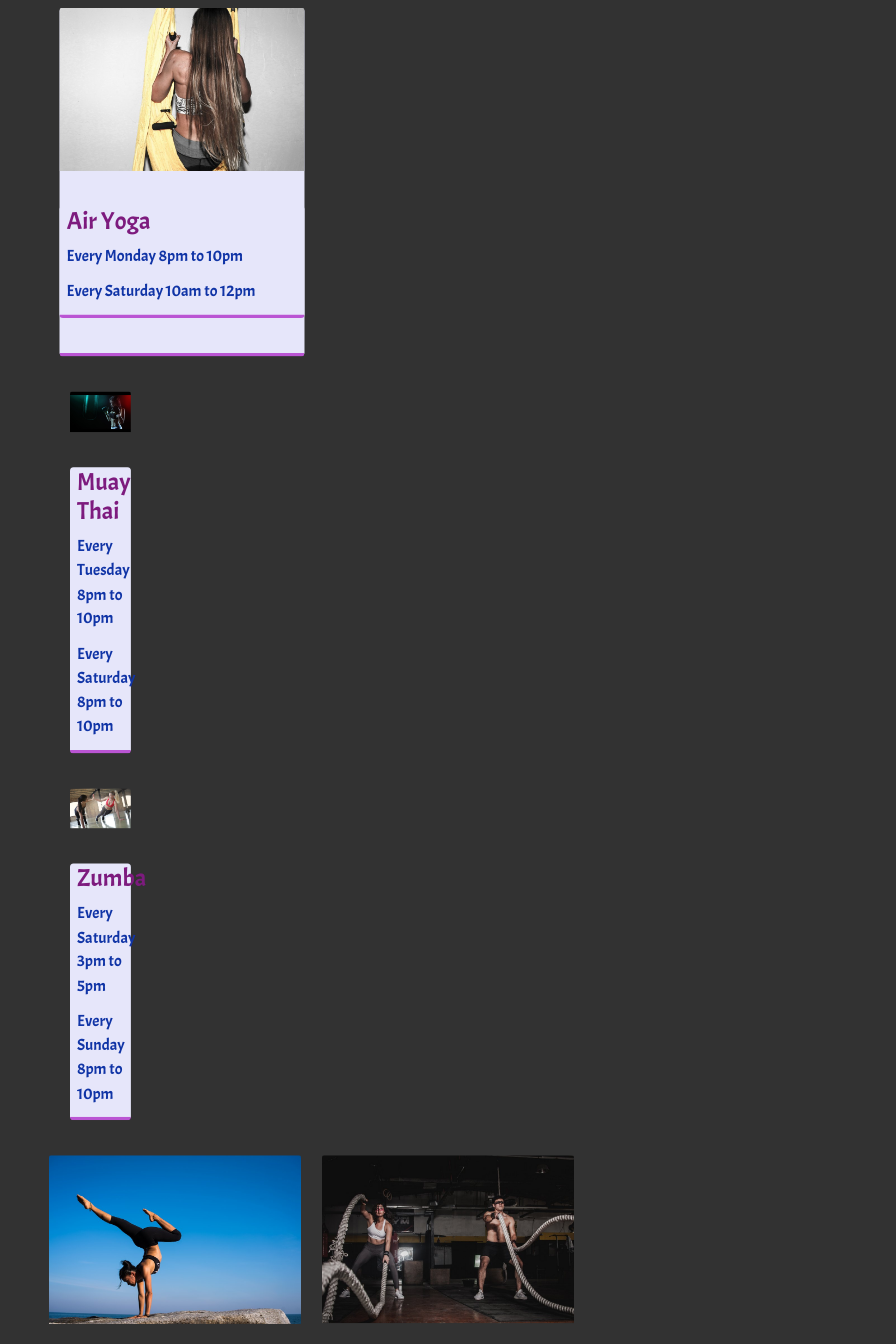
Repository: Code-Institute-Submissions/Project-One-6
Page: classes.html
The author's editor kept a record of every edit. The page is drawn from the files as they stood at one moment, then again after the next edit.
The browser window is 1280 px wide. The pictures show the part of the page from y = 749 to 2669 px (the page is 3054 px tall before and 2949 px after), at 70% of full size.

Above is the page before.

After the next edit:
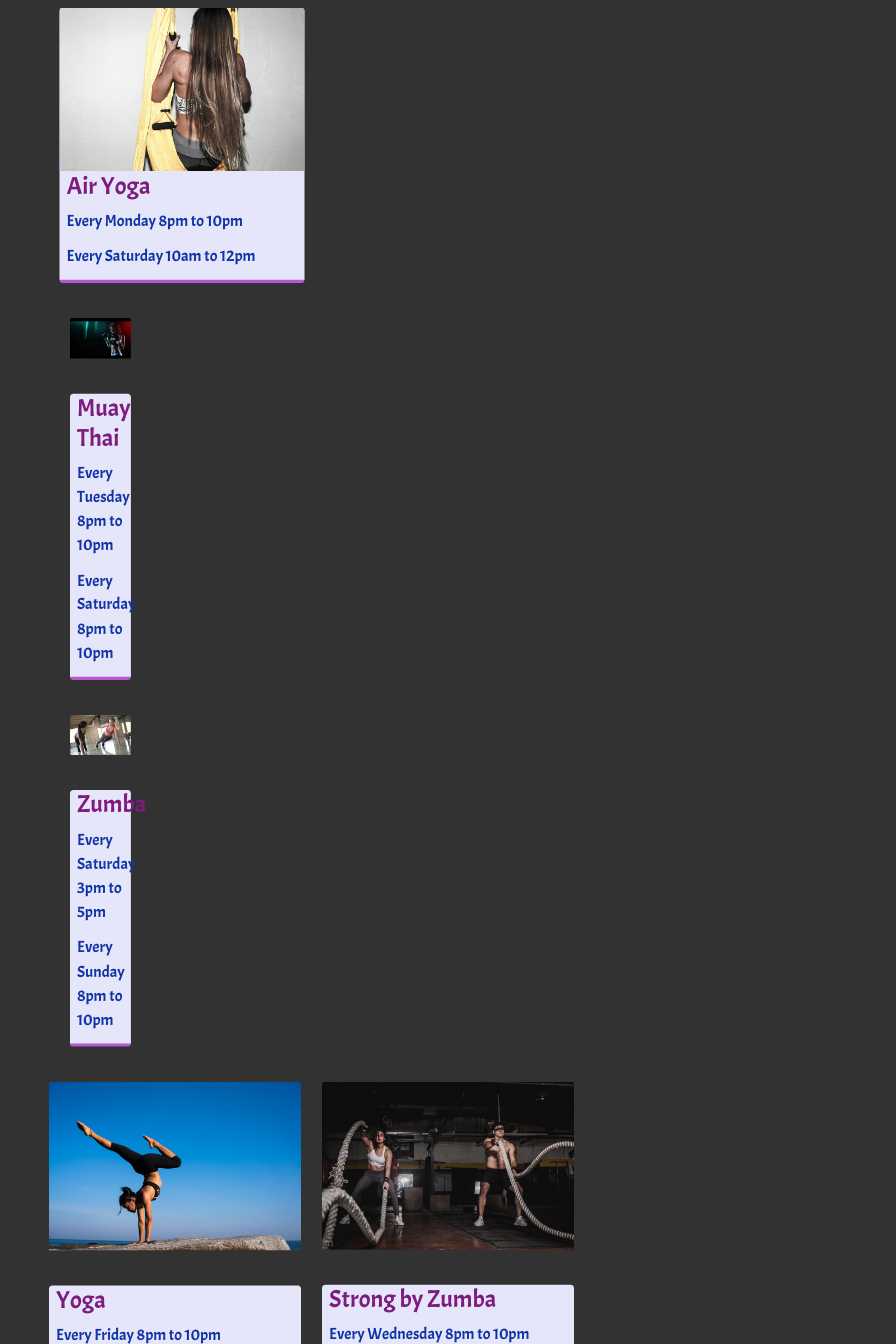
The edit:
--- a/classes.html
+++ b/classes.html
@@ -42,7 +42,7 @@
             <div class="col-sm-12 col-md-4">
                 <div class="card-body-class">
                 <img src="images/air yoga.jpg" class="card-img-top">
-                <div class="card-body-class">
+                <div>
                     <h4 class="card-title">Air Yoga</h4>
                     <p class="text">Every Monday 8pm to 10pm</p>
                     <p class="text">Every Saturday 10am to 12pm</p>
